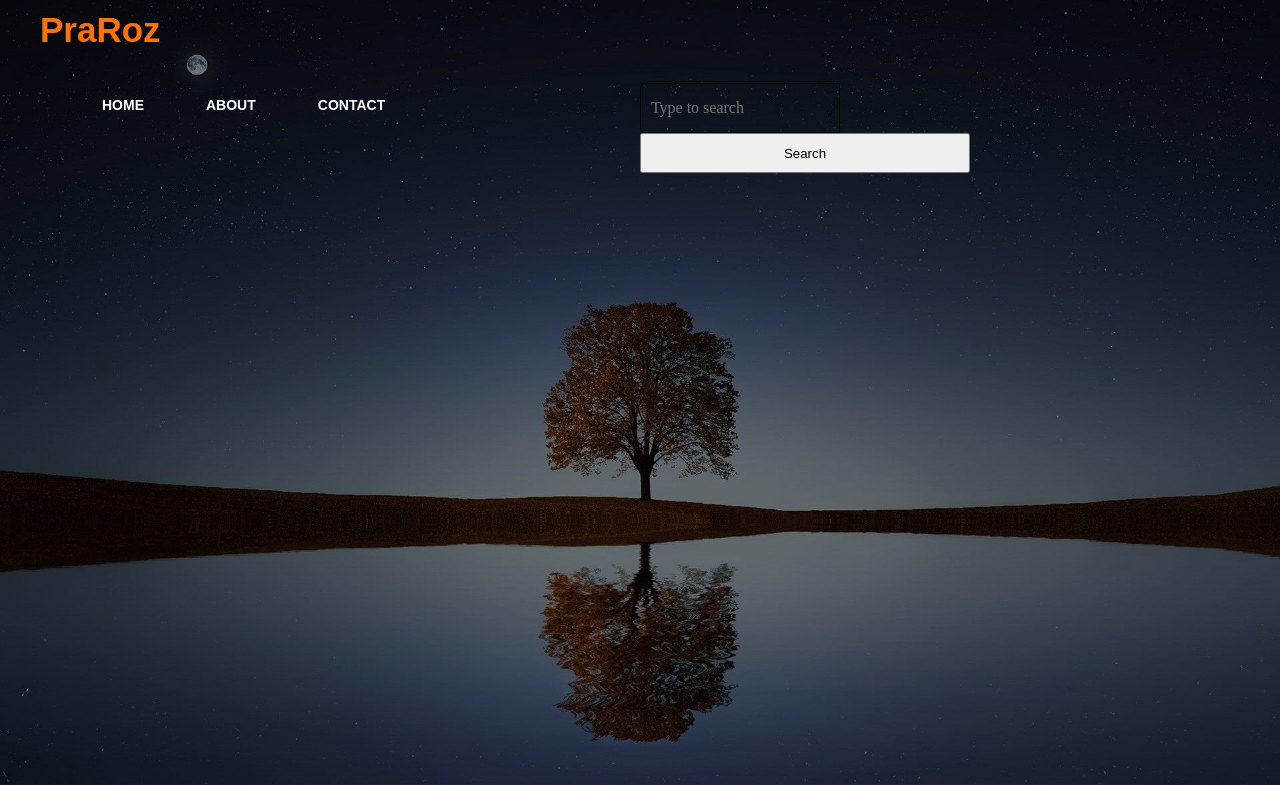
Repository: Cedrqmwesigwa/web-design-course
Page: index.html
The author's editor kept a copy of each file at every save. The page is drawn from the files as they stood at one save, then again after a run of saves.
The browser window is 1280 px wide. The pictures show the whole page.

Above is the page before, as saved 2024-04-03 20:02:40.

### index.html
<!DOCTYPE html>
<html lang="en">
<head>
    <title>My Website</title>
    <link rel="stylesheet" href="style.css"/>
</head>
<body>
    <div class="main">
        <div class="navbar">
            <div class="icon">
                <h2 class="logo">PraRoz</h2>
            </div>
            <div class="menu">
                <ul>
                    <li><a href="#">HOME</a></li>
                    <li><a href="#">ABOUT</a></li>
                    <li><a href="#">CONTACT</a></li>
                </ul>
            </div>
            <div class="search">
                <input type="search" class="srch" name="" placeholder="Type to search">
                <a href="#"><button class="btn">Search</button></a>
            </i></div>
        </div>
    </div>


</body>
</html>

### style.css
*{
    margin: 0;
    padding: 0;
}

.main{
    width: 100% ;
    background: linear-gradient(to top, rgba(0,0,0,0.5)50%, rgba(0, 0, 0, 0.5)50%), url(1.jpg);
    background-position: center;
    background-size: cover;
    height: 109vh;
}

.navbar{
    width: 1200px;
    height: 75px;
    margin:  auto;
}

.icon{
    width: 200px;
    font: left;
    height: 70px;
}

.logo {
    color: #ff7200;
    font-size: 35px;
    font-family: Arial;
    float: left;
    padding-top: 10px;
}

.menu{
    width: 400px;
    float: left;
    height: 70px;
}

ul{
    float: left;
    display: flex;
    justify-content: center;
    align-items: center;
}

ul li{
    list-style: none;
    margin-left: 62px;
    margin-top: 27px;
    font-size: 14px;
}

ul li a{
    text-decoration: none;
    color: white;
    font-family: Arial;
    font-weight: bold;
    transition: .4 ease-in-out;
}

ul li a:hover{
    color:#ff7200
}

.search{
    width: 330px;
    float: left;
    margin-left: 200px;
}

.srch{
    font-family: "Times New Roman";
    width: 200px;
    height: 50px;
    padding: 3%;
    background: transparent;
    border-top: 5px;
    border-bottom-left-radius: 5px;
    border-top-left-radius: 5px;
    font-size: 16px;
    color: white;
    margin-top:13px;
    border: 1px solid  #000;
}

.btn{
    width:100%;
    height: 40px;
    bac
}

After the next 4 saves:
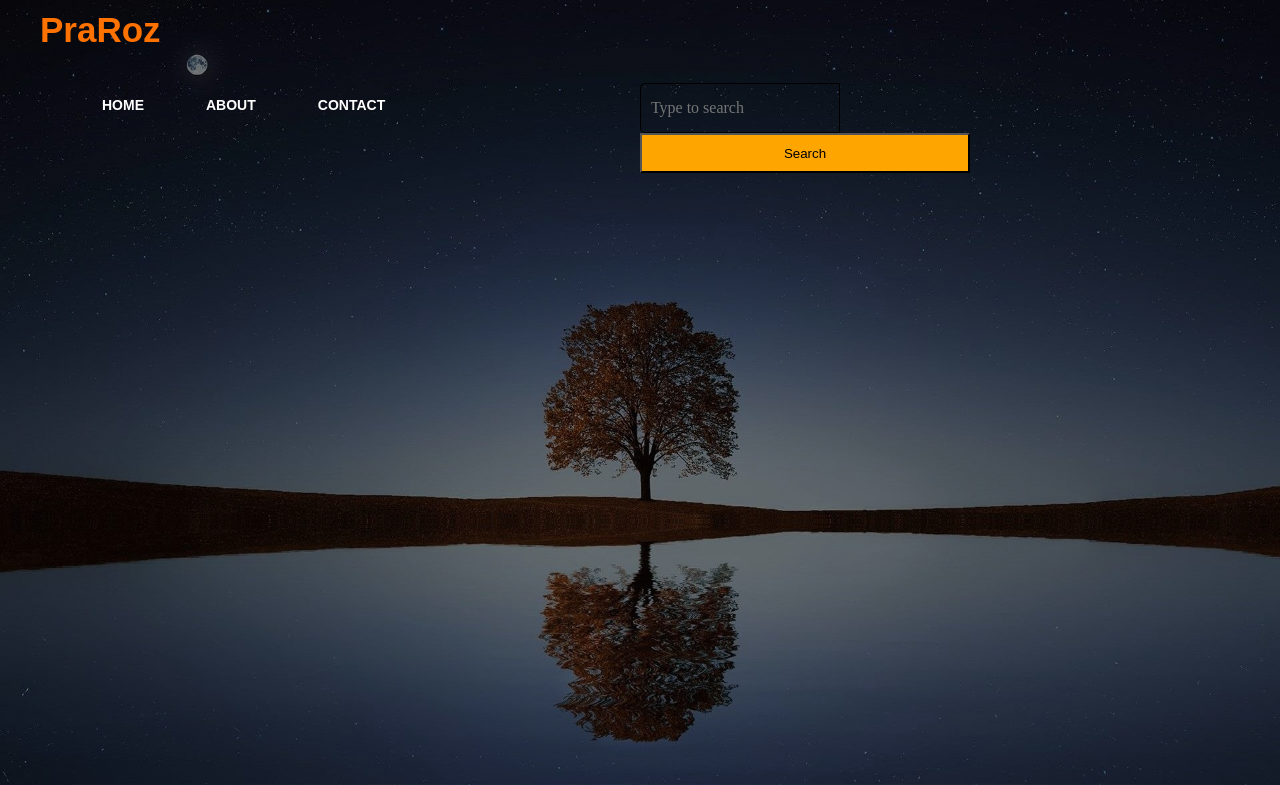
The 4 saves are shown as one change because they came seconds apart.
The last was saved 9 s later.
--- a/style.css
+++ b/style.css
@@ -87,5 +87,5 @@ ul li a:hover{
 .btn{
     width:100%;
     height: 40px;
-    bac
+    background: orange
 }
